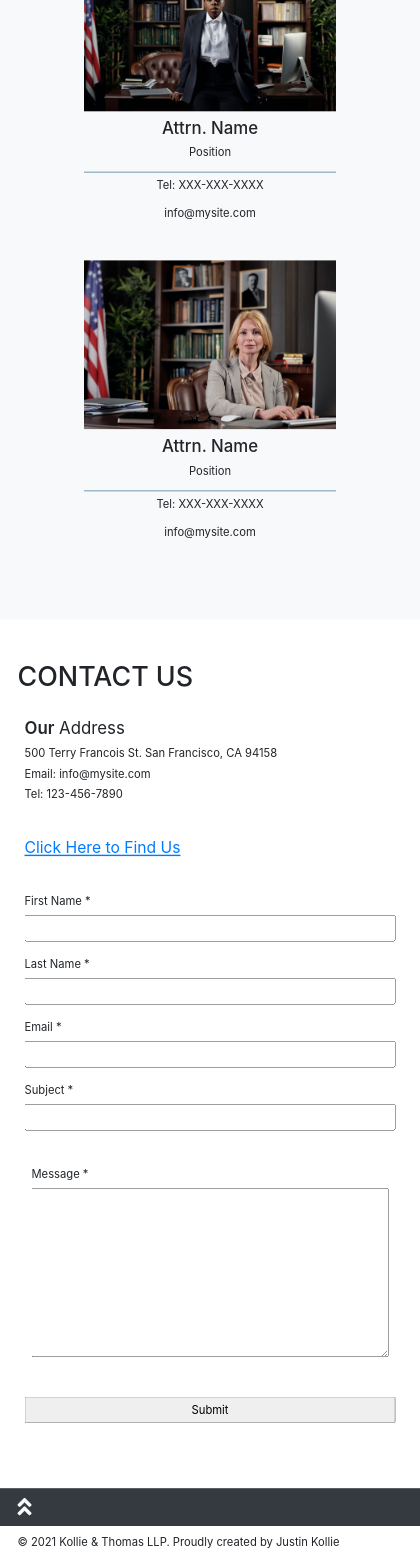
Repository: just-mann/kolllie-kolliellp
Page: index.html
An editor plug-in stored every save of this project. The page is shown before and after a run of saves, followed by the edit.
The browser window is 600 px wide. The pictures show the part of the page from y = 3810 to 6050 px (the page is 6050 px tall), at 70% of full size.

Above is the page before, as saved 2021-06-02 01:12:55.

### index.html
<!DOCTYPE html>
<html lang="en">
<head>
    <meta charset="UTF-8">
    <meta name="viewport" content="width=device-width, initial-scale=1.0">
    <meta http-equiv="X-UA-Compatible" content="ie=edge">
    <meta name="Description" content="Enter your description here"/>
    <!-- Font Awesome Icons -->
    <link rel="stylesheet" href="https://cdnjs.cloudflare.com/ajax/libs/font-awesome/5.15.3/css/all.min.css" referrerpolicy="no-referrer" />
    <link rel="stylesheet" href="https://cdnjs.cloudflare.com/ajax/libs/twitter-bootstrap/4.6.0/css/bootstrap.min.css">
    <link rel="stylesheet" href="https://cdnjs.cloudflare.com/ajax/libs/font-awesome/5.15.2/css/all.min.css">
    <link rel="stylesheet" href="assets/css/utilities.css">
    <link rel="stylesheet" href="assets/css/style.css">
    <title>Kollie & Thomas LLP</title>
</head>
<body>
    <nav class="myNavbar">
        <div class="myContainer">
            <a href="#" class="myLogo"><h3>Kollie & Thomas LLP</h3></a>
            <div class="links">
                <a href="#">Home</a>
                <a href="#practiceArea">Practice Area</a>
                <a href="#ourVision">Our Vision</a>
                <a href="#ourAttorneys">Attorneys</a>
                <a href="#contact">Contact</a>
            </div>
            <i class="fas fa-bars fa-1x toggleBar"></i>
        </div>
    </nav>
    <section class="heroSection">
        <div class="myContainer">
            <h3><span>Boutique</span>Law Firm</h3>
            <p>Specializing in Commercial Law & Litigation, Insolvency & Fraud</p>
        </div>
    </section>
    <section class="practiceArea py-5 px-3" id="practiceArea">
        <div class="myContainer">
            <div class="practiceArreaDiv px-2">
                <div class="left__side">
                    <h3><span>Practice</span> Areas</h3>
                </div>
                <div class="right__side">
                    <ul>
                        <div class="left">
                            <li><h4>Litigation</h4></li>
                            <p>Lorem ipsum dolor sit amet consectetur adipisicing elit. Accusamus cumque iusto quae minima?</p>
                            <li><h4>Insolvency</h4></li>
                            <p>Lorem ipsum dolor sit amet consectetur adipisicing elit. Accusamus cumque iusto quae minima?</p>
                            <li><h4>Dispute Resolution</h4></li>
                            <p>Lorem ipsum dolor sit amet consectetur adipisicing elit. Accusamus cumque iusto quae minima?</p>
                        </div>
                        <div class="right">
                            <li><h4>Business</h4></li>
                            <p>Lorem ipsum dolor sit amet consectetur adipisicing elit. Accusamus cumque iusto quae minima?</p>
                            <li><h4>Fraud</h4></li>
                            <p>Lorem ipsum dolor sit amet consectetur adipisicing elit. Accusamus cumque iusto quae minima?</p>
                            <li><h4>Tax</h4></li>
                            <p>Lorem ipsum dolor sit amet consectetur adipisicing elit. Accusamus cumque iusto quae minima?</p>
                        </div>
                    </ul>
                </div>
            </div>
        </div>
    </section>
    <section class="ourVision" id="ourVision">
        <div class="myContainer">
            <div class="ourVisionDiv py-5">
                <h3 class="">Our Mission</h3>
                <div>
                    <p>Lorem, ipsum dolor sit amet consectetur adipisicing elit. Deleniti, libero. Voluptatem laboriosam ipsum esse sint deserunt laudantium accusamus nam veniam ad? A deserunt nostrum rerum?</p>
                </div>
                <div>
                    <p>Lorem, ipsum dolor sit amet consectetur adipisicing elit. Deleniti, libero. Voluptatem laboriosam ipsum esse sint deserunt laudantium accusamus nam veniam ad? A deserunt nostrum rerum?</p>
                </div>
                <div>
                    <p>Lorem, ipsum dolor sit amet consectetur adipisicing elit. Deleniti, libero. Voluptatem laboriosam ipsum esse sint deserunt laudantium accusamus nam veniam ad? A deserunt nostrum rerum?</p>
                </div>
            </div>
        </div>
    </section>
    <div class="parallaxImg">
        <!-- <img src="./assets/images/heroImage.jpg" alt="parallaxImg"> -->
    </div>
    <section class="ourAttorneys py-5 px-2 bg-light" id="ourAttorneys">
        <div class="myContainer">
            <h3>Our Attorneys</h3>
            <div class="attorneysDiv mx-auto">
                <div class="attCard">
                    <img src="./assets/images/attrny1.jpg" alt="att1">
                    <div class="firstDiv">
                        <h4>Justin Kollie</h4>
                        <p>Partner</p>
                    </div>
                    <div class="secondDiv">
                        <p>Tel: XXX-XXX-XXXX</p>
                        <p>info@mysite.com</p>
                    </div>
                </div>
                <div class="attCard">
                    <img src="./assets/images/attrny1.jpg" alt="att1">
                    <div class="firstDiv">
                        <h4>Mandela P. Thomas</h4>
                        <p>Partner</p>
                    </div>
                    <div class="secondDiv">
                        <p>Tel: XXX-XXX-XXXX</p>
                        <p>info@mysite.com</p>
                    </div>
                </div>
                <div class="attCard">
                    <img src="./assets/images/attrny2.jpg" alt="att2">
                    <div class="firstDiv">
                        <h4>Attrn. Name</h4>
                        <p>Position</p>
                    </div>
                    <div class="secondDiv">
                        <p>Tel: XXX-XXX-XXXX</p>
                        <p>info@mysite.com</p>
                    </div>
                </div>
                <div class="attCard">
                    <img src="/assets/images/attrny3.jpg" alt="att3">
                    <div class="firstDiv">
                        <h4>Attrn. Name</h4>
                        <p>Position</p>
                    </div>
                    <div class="secondDiv">
                        <p>Tel: XXX-XXX-XXXX</p>
                        <p>info@mysite.com</p>
                    </div>
                </div>
            </div>
        </div>
    </section>
    <section class="contact py-5" id="contact">
        <div class="myContainer">
            <div class="contactDiv">
                <div class="left__side">
                    <h3>Contact Us</h3>
                </div>
                <div class="right__side">
                    <h4><span>Our</span> Address</h4>
                    <div class="addressDiv">
                        <p>500 Terry Francois St. San Francisco, CA 94158</p>
                        <p>Email: info@mysite.com</p>
                        <p>Tel:  123-456-7890</p>
                    </div>
                    <div class="clickToFind my-4 py-4">
                        <a href="#">Click Here to Find Us</a>
                    </div>
                    <form action="">
                        <div class="left__side">
                            <div>
                                <label for="firstName">First Name *</label>
                                <input type="text" name="firstName" required>
                            </div>
                            <div>
                                <label for="lastName">Last Name *</label>
                                <input type="text" name="lastName" required>
                            </div>
                            <div>
                                <label for="email">Email *</label>
                                <input type="email" name="name" required>
                            </div>
                            <div>
                                <label for="subject">Subject *</label>
                                <input type="text" name="subject" required>
                            </div>
                        </div>
                        <div class="right__side">
                            <label for="message">Message *</label>
                            <textarea name="message" id="message" cols="30" rows="10" required></textarea>
                        </div>
                        <div>
                            <input type="submit" value="Submit">
                        </div>
                    </form>
                </div>
            </div>
        </div>
    </section>
    <section class="backUpTop bg-dark">
        <div class="myContainer">
            <i class="fas fa-angle-double-up fa-2x text-light"></i>
        </div>
    </section>
    <footer class="footer">
        <div class="myContainer">
            <p>© 2021 Kollie & Thomas LLP. Proudly created by Justin Kollie</p>
        </div>
    </footer>
    <!-- Optional Scripts -->
    <script src="assets/scripts/myScript.js"></script>
    <script src="https://cdnjs.cloudflare.com/ajax/libs/jquery/3.5.1/jquery.slim.min.js"></script>
    <script src="https://cdnjs.cloudflare.com/ajax/libs/popper.js/1.16.1/umd/popper.min.js"></script>
    <script src="https://cdnjs.cloudflare.com/ajax/libs/twitter-bootstrap/4.6.0/js/bootstrap.min.js"></script>
</body>
</html>

### assets/css/utilities.css
:root {
    --primaryColor: #0a6880;
}

a {
    text-decoration: none;
}

a:hover {
    text-decoration: none;
}

ul li {
    list-style-type: square;
}

.myContainer {
    max-width: 900px;
    margin: 0 auto;
    padding: 10px 25px;
}

### assets/css/style.css
* {
    padding: 0;
    margin: 0;
    box-sizing: border-box;
}

html {
    scroll-behavior: smooth;
}

body {
    /* background-color: rgb(255, 255, 255); */
}

/* Navbar */
.myNavbar {
    padding: 10px 0px;
    background-color: #ffffff;
}

.myNavbar .myContainer {
    display: flex;
    justify-content: space-between;
    align-items: center;
}

.myNavbar .myContainer .myLogo h3 {
    font-size: 1.5em;
}

.myNavbar .myContainer .links {
    display: flex;
    justify-content: center;
    align-items: center;
}

.toggleBar {
    font-size: 1.6em;
    display: none;
    transition: cursor 0.6s;
}

.toggleBar:hover {
    cursor: pointer;
}

.ourVision {
    background-color: var(--primaryColor);
    color: white;
    /* padding: 30px 10px; */
}

.ourVisionDiv h3 {
    font-weight: 400;
    font-size: 2.6rem;
    text-align: left;
    margin-bottom: 25px;
    /* margin: 40px auto; */
}

.ourVisionDiv p {
    font-weight:300;
    font-size: 1.2rem;
    line-height: 2rem;
}

.parallaxImg {
    background-image: url('../images/parallaxImg.jpg');
    min-height: 500px;
    background-attachment: fixed;
    background-position: center;
    background-origin: center;
    background-repeat: no-repeat;
    background-size: cover;
}

.parallaxImg img {
    width: 100%;
}

.contactDiv .left__side h3 {
    font-weight: 450;
}

.contactDiv .right__side h4 {
    font-weight: 400;
}

.contactDiv .right__side h4 span {
    font-weight: 600;
}

.contactDiv .right__side .addressDiv p {
    font-size: 1rem;
    font-weight: 400;
    margin: 5px 0px;
}

.contactDiv .right__side .clickToFind a {
    text-decoration: underline;
    font-size: 1.4rem;
}

@media screen and (max-width: 700px) {
    .myNavbar .myContainer .links {
        display: none;
    }

    .toggleBar {
        display: block;
    }

    .heroSection {
        position: relative;
        height: 75vh;
        display: flex;
        justify-content: center;
        align-items: center;
        background-color: #ffffff;
        background: url('../images/heroImage.jpg') no-repeat center center / cover;
    }

    .heroSection .myContainer * {
        z-index: 100;
    }

    .heroSection::before {
        position: absolute;
        content: "";
        top: 45;
        bottom: 40;
        right: 0;
        background: rgba(8, 54, 66, 0.6);
        width: 97%;
        height: 80%;
        z-index: 0;
    }

    .heroSection .myContainer h3 span {
        color: white;
        font-size: 3rem;
        font-weight: 600;
        text-transform: uppercase;
        display: block;
    }

    .heroSection .myContainer h3 {
        color: white;
        font-size: 2rem;
        text-transform: uppercase;
    }

    .heroSection .myContainer p {
        color: white;
    }

    .left__side h3 span {
        font-size: 2.5rem;
        text-transform: uppercase;
        display: block;
        font-weight: 600;
    }

    .left__side h3 {
        font-size: 2.4rem;
        text-transform: uppercase;
        font-weight: 300;
    }

    .right__side {
        padding: 30px 10px;
        /* background-color: white; */
    }

    .parallaxImg {
        background-image: url('../images/parallaxImg.jpg');
        min-height: 500px;
        background-attachment: scroll;
        background-position: center;
        background-repeat: no-repeat;
        background-size: cover;
    }

    .attorneysDiv {
        grid-template-columns: 1fr;
        width: 100%;
        margin: 0 auto;
    }

    .ourAttorneys .myContainer h3 {
        text-align: center;
        font-size: 2.8em;
        font-weight: 350;
        margin-bottom: 25px;
    }

    .attCard {
        width: 75%;
        padding: 0px 20px;
        margin: 0px auto 35px auto;
        /* text-align: center; */
    }

    .attCard img {
        min-height: 200px;
        width: 100%;
    }

    .attCard .firstDiv {
        padding: 10px 0px 0px 0px;
        text-align: center;
        border-bottom: 2px solid #6991ac9d;
    }

    .secondDiv {
        text-align: center;
        padding: 5px 0px;
    }

    form {
        /* background: pink; */
        max-width: 100%;
    }

    form div {
        margin: 20px 0px 5px 0px;
        max-width: 100%;
    }

    form div label, form div input {
        width: 100%;
    }

    form div input {
        padding: 5px 10px;
    }

    form .right__side textarea {
        width: 100%;
    }




}

### assets/scripts/myScript.js
console.log('It works');

After the next 7 saves:
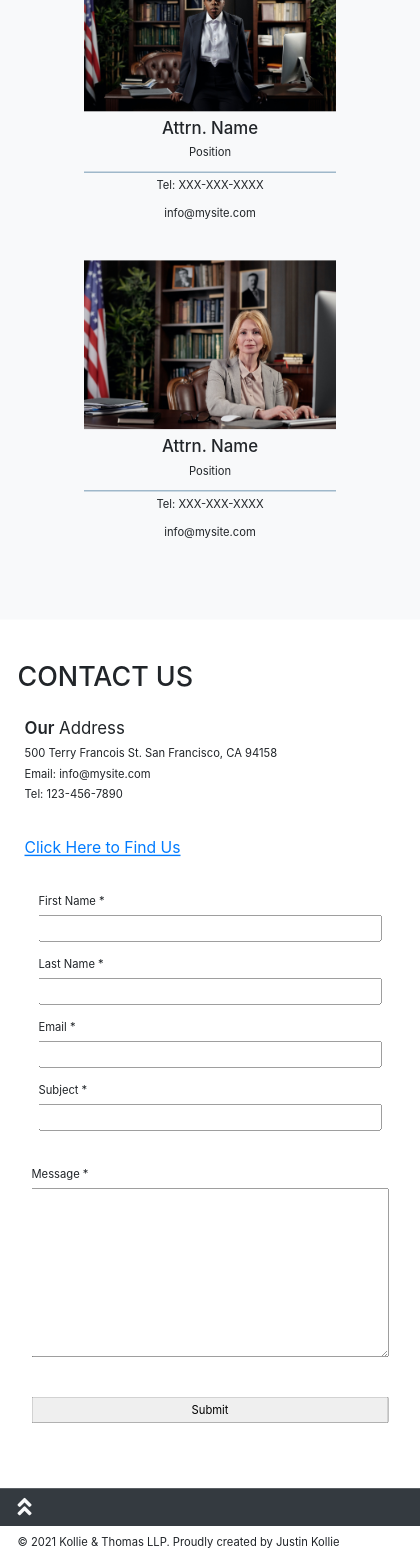
The 7 saves are shown as one change because they came seconds apart.
The last was saved 30 s later.
--- a/assets/css/style.css
+++ b/assets/css/style.css
@@ -224,6 +224,7 @@ body {
 
     form div {
         margin: 20px 0px 5px 0px;
+        padding: 0px 10px;
         max-width: 100%;
     }
 
